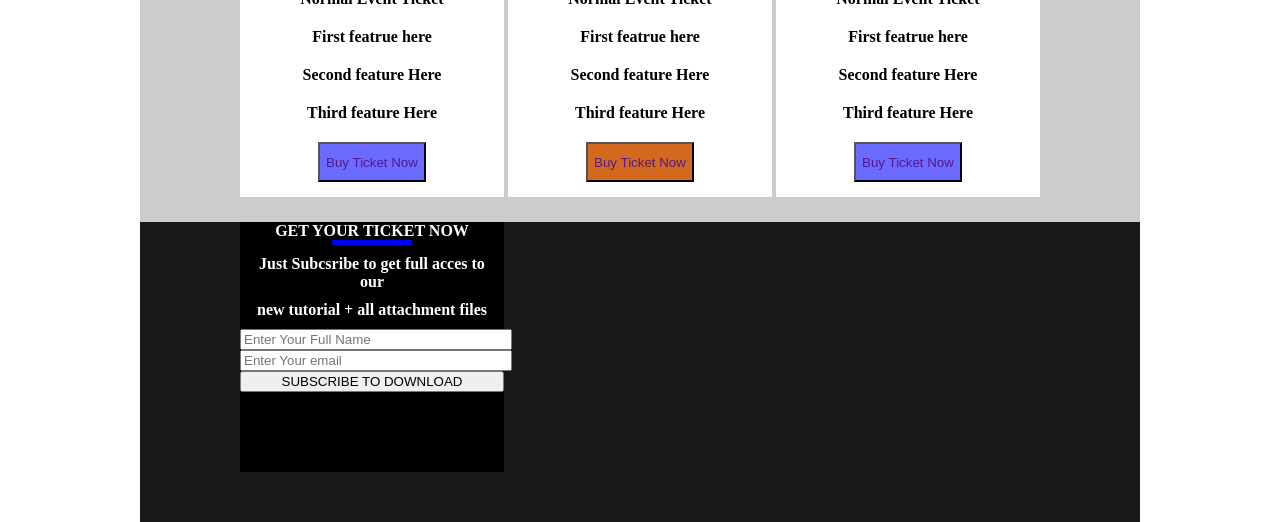
Repository: duyancol/project-ltw-nhom13
Page: page b/index.html
These files come from the project's save history. The page is drawn as it stood at one moment and after the next save; the edit follows.
The browser window is 1280 px wide. The pictures show the part of the page from y = 1038 to 1560 px (the page is 1560 px tall).
A picture or video elsewhere on the page could not be fetched, so the positions and the page height are approximate. Some web fonts or font styles are not loaded; a fallback is used.

Above is the page before, as saved 2021-10-18 11:32:41.

### page b/index.html
<!DOCTYPE html>
<html lang="en">
<head>
    <meta charset="utf-8">
    <title></title>
    <link rel="stylesheet" href="./fonts/themify-icons-font/themify-icons/themify-icons.css">
    <link rel="shortcut icon" href="images/favicon.ico">
    <link rel="apple-touch-icon" href="images/apple-touch-icon.png">
    <link rel="apple-touch-icon" sizes="72x72" href="images/apple-touch-icon-72x72.png">
    <link rel="apple-touch-icon" sizes="114x114" href="images/apple-touch-icon-114x114.png">
    <link rel="stylesheet" href="./style.css">
</head>
<body>
    <div class="body">
        <div class="main">
            <div class="headernavigation flex">

               <div class="headerimage"><img src="./images/main/logo.png" alt="" class="logo"></div>
               <div class="buttonimage flex">
                   <div class="buyticket">Buy tikcket</div>
               </div>
            </div>

        </div>
    </div>
    <div class="navigation flex">
        <ul>
            <li>Home</li>
            <li> word</li>
            <li>Blog</li>
            <li>Contact</li>
        </ul>
        <ul>
            <li class="icon"><i class="ti-facebook"></i></li>
            <li class="icon"><i class="ti-twitter"></i></li>
            <li class="icon"><i class="ti-instagram"></i></li>
        </ul>
    </div>
<div class="body bodyheightimage"><div class="bagroundimage">
    <div class="textback">
        <h3>Thumbel lable</h3>
        <p> du it none right here  because member always look for you</p>
    </div>

</div></div>
<div class="body1">
    <div class="main">
       <div class="family flex">
           <div class="imagefamily">
               <img src="./images/13_gym/1.jpg" alt="">
               <h4>Welcome to gym</h4>
               <p>you need to read for me</p>
               <p> because i dont want to sad for you</p>
               <button>
                   <a href="">Join Now</a>
               </button>
           </div>
           <div class="imagefamily">
            <img src="./images/13_gym/2.jpg" alt="">
            <h4>Welcome to gym</h4>
            <p>you need to read for me</p>
            <p> because i dont want to sad for you</p>
            <button>
                <a href="">Join Now</a>
            </button>
        </div>  <div class="imagefamily">
            <img src="./images/13_gym/3.jpg" alt="">
            <h4>Welcome to gym</h4>
            <p>you need to read for me</p>
            <p> because i dont want to sad for you</p>
            <button>
                <a href="">Join Now</a>
            </button>
        </div>
       </div>
    </div>
</div>
<div class="body2 bagrondbody ">
    <div class="main flex">
        <div class="thue">
            <h1>$9.99</h1>
            <h4>Normal Event Ticket</h4>
            <h4> First featrue here</h4>
            <h4> Second feature Here</h4>
            <h4> Third feature Here</h4>
            <button class="xanh"><a href="">Buy Ticket Now</a></button>
        </div>
        <div class="thue">
            <h1 class="cam1" >$14.99</h1>
            <h4>Normal Event Ticket</h4>
            <h4> First featrue here</h4>
            <h4> Second feature Here</h4>
            <h4> Third feature Here</h4>
            <button class="xanh cam"><a href="">Buy Ticket Now</a></button>
        </div><div class="thue">
            <h1>$24.99</h1>
            <h4>Normal Event Ticket</h4>
            <h4> First featrue here</h4>
            <h4> Second feature Here</h4>
            <h4> Third feature Here</h4>
            <button class="xanh"><a href="">Buy Ticket Now</a></button>
        </div>
    </div>
</div>
<div class="body2 bodyfooter">
    <div class="main">
<div class="ticket">
    <h1> GET YOUR TICKET NOW</h1>
    <div class="THEXANH"></div>
    <H3>Just Subcsribe to get full acces to our</H3>
    <H3>new tutorial + all attachment files</H3>
    <input type="text" name="" id="" placeholder="Enter Your Full Name">
    <input type="text" name="" id="" placeholder="Enter Your email">
    <button> SUBSCRIBE TO DOWNLOAD</button>

</div>
    </div>
</div>
</body>
</html>

### page b/style.css
html, body, div, span, applet, object, iframe,h1, h2, h3, h4, h5, h6, p{
    margin: 0;
    padding: 0;
    border: 0;
    font-size: 100%;
  }

  ol, ul,a{
    list-style: none;
  }
  li{
    display: inline-block;
  }
  .main{
    width: 800px;
    margin: auto;
    position: relative;
  }
  .body{
    width: 1000px;
    margin: auto;
    background-color: #ccc;
  }
  .flex{
    display: flex;
    justify-content: space-between;
    align-items:center;
  }
  .headernavigation{
  width:  80%;
  margin: auto;

  background-color: #ccc;
  height: 100px;

  }
  .headerimage{

  }
  .headerimage .logo{

  }
  .headernavigation .buttonimage {
    width: 12%;
    height: 40px;
    background-color: #e5ff004e;

}



  .buttonimage .buyticket{

  }
  .navigation{

    height: 40px;
    background-color: white;
    width: 705px;
    margin: auto auto 20px auto;
  }
  .navigation li{
    padding: 10px;
  }
  .navigation .icon{
    background: #00658b;
  }
  .bodyheightimage{
    position: relative;
    height: 300px;
  }
  .bodyheightimage .bagroundimage{
    background-image: url(./images/main/image-1.jpg);

    height: 80%;
    width: 83%;
    top: 30px;
    left: 86px;
    /* right: 191px; */
    position: absolute;
    background-size: cover;
  }
  .bagroundimage .textback{
    position: absolute;
    bottom: 18px;
    font-weight: 100;
    color: white;
  }
  .body1{
    width: 1000px;
    margin: auto;
    height: 500px;

  }
  .imagefamily{
    width: 33%;
    margin-top: 10%;
    text-align: center;
  }
  .imagefamily img{
    border-radius: 100px;
  }
  .imagefamily h4{
margin: 30px;
  }
  .imagefamily p{

padding-bottom: 10px;
  }
  .imagefamily button{
    background-color: orangered;
    margin-left: 35px;
    height: 40px;
  }
  button a{
    list-style: none;
    text-decoration: none;
  }
  .bagrondbody{
    background-color: #ccc;
  }
  .body2{
    width: 1000px;
    margin: auto;
    height: 300px;

  }
  .main .thue{
background-color: white;
 width: 33%;
 margin-top: 20px;
 height: 255px;
 text-align: center;
  }
  .thue h1{
margin-bottom: 20px;
color:#0000ff94 ;
padding-top: 10px;
  }
  .thue .cam1{
    color: chocolate!important;
  }
  .thue h4{
 margin-bottom: 20px;
  }
  .thue .xanh{
height: 40px;
background-color:  #0000ff94;
  }
  .thue .cam{
    background-color: chocolate!important;
  }
  .bodyfooter{
    background-color:#191919;
  }
  .main .ticket{
    position: absolute;
    width: 33%;
    background-color: black;
 height: 250px;
 text-align: center;
  }
  .ticket h1{
color: white;
  }
  .ticket h3{
color: white;
margin: 10px;
  }
  .ticket input{
width: 100%;
  }
  .ticket button{
width: 100%;
  }
  .ticket .THEXANH{
    background-color: blue;
    height: 5px;
    width: 80px;
    margin: auto;
  }

Loaded but not shown: page b/fonts/themify-icons-font/themify-icons/themify-icons.css (common file)

After the next save:
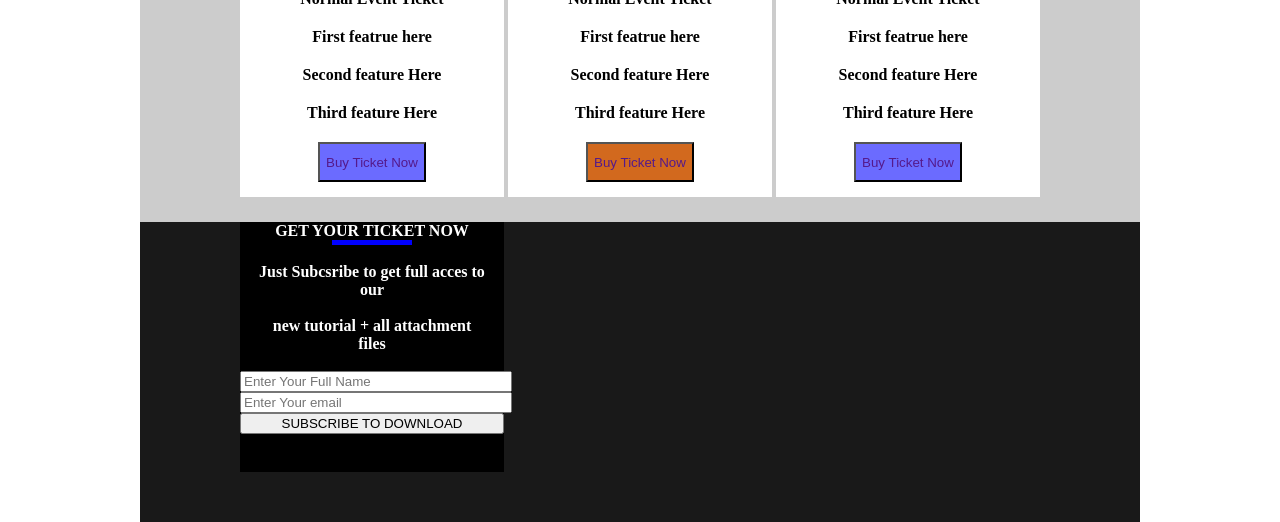
Saved 23 s later.
--- a/page b/style.css
+++ b/page b/style.css
@@ -165,7 +165,7 @@
   }
   .ticket h3{
 color: white;
-margin: 10px;
+margin: 18px;
   }
   .ticket input{
 width: 100%;
